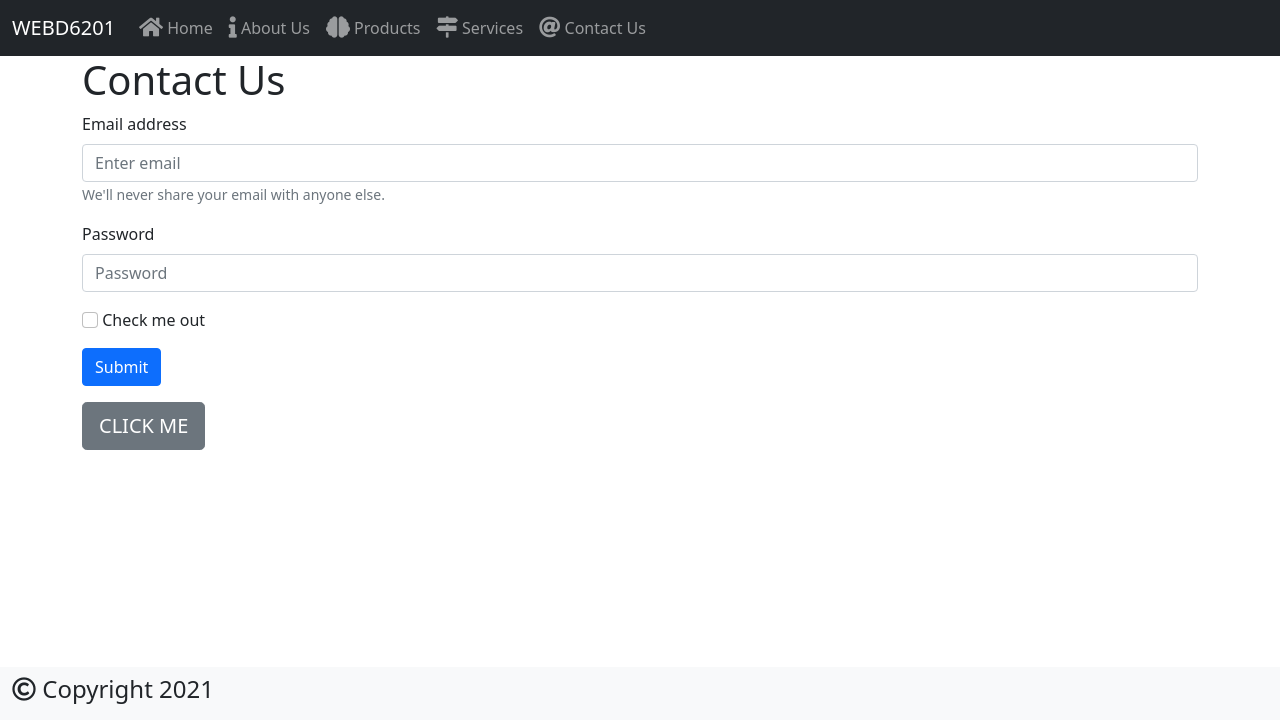
Repository: GarlicButterBoy/WEBD6201-Week1
Page: contact.html
An editor plug-in stored every save of this project. The page is shown before and after a run of saves, followed by the edit.
The browser window is 1280 px wide. The pictures show the whole page.

Above is the page before, as saved 2021-01-21 09:20:07.

After the next 2 saves:
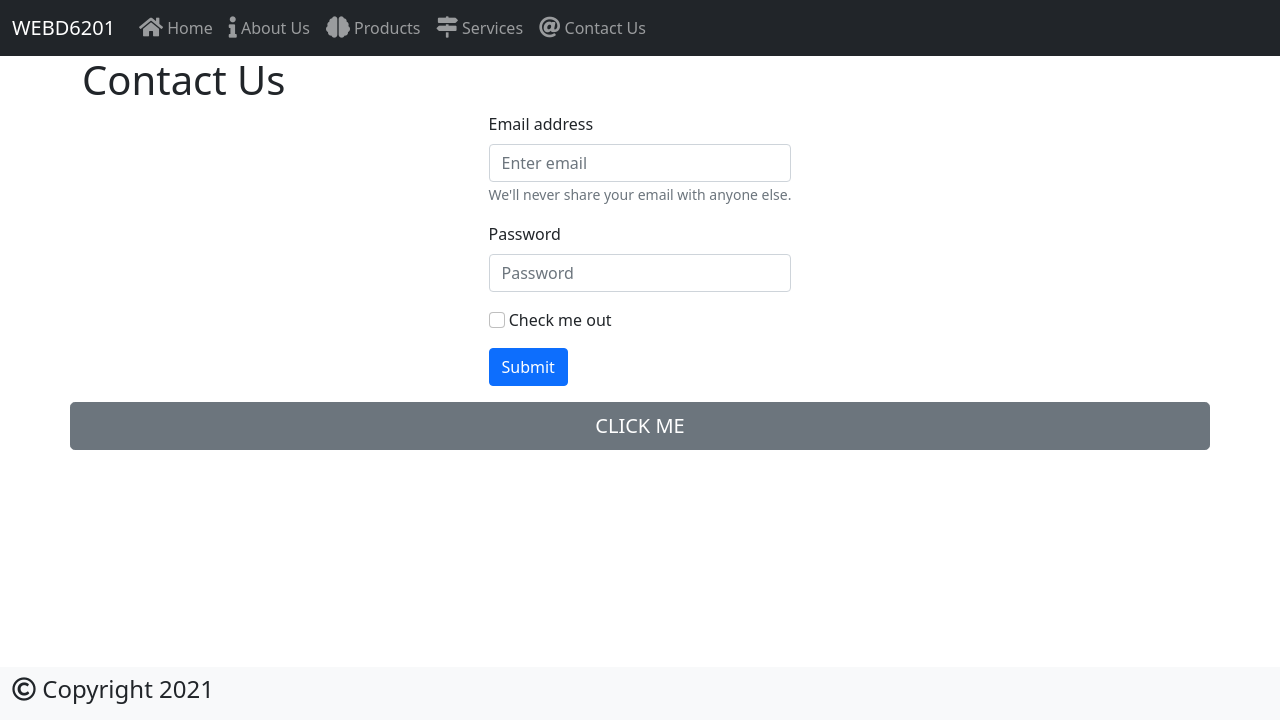
The 2 saves are shown as one change because they came seconds apart.
The last was saved 14 s later.
--- a/contact.html
+++ b/contact.html
@@ -59,8 +59,7 @@
     <main class="container">
         <h1>Contact Us</h1>
 
-        <div ></div>
-        <div ></div>
+        <div class="row justify-content-lg-center">
         <form class="col-lg-auto">
 
           <div class="mb-3">
